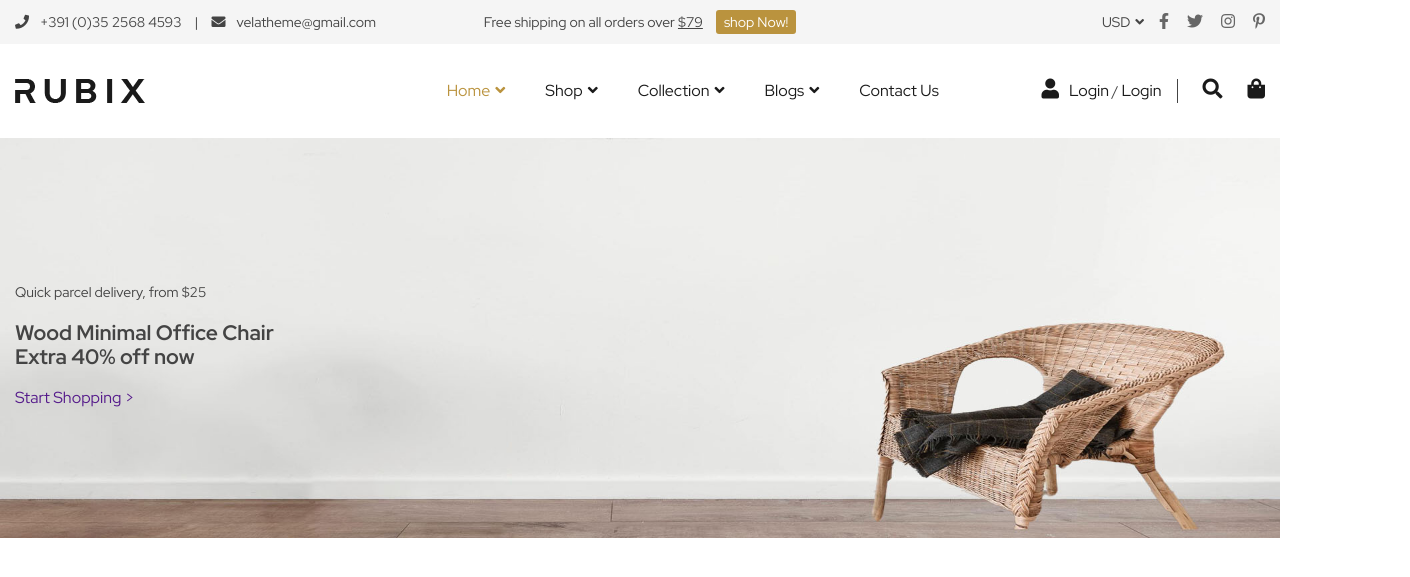
Repository: ldminh95/Gin-velademo
Page: index.html
These files come from the project's save history. The page is drawn as it stood at one moment and after the next save; the edit follows.
The browser window is 1280 px wide. The page is 1410 px wide, so the pictures cover 1410 px, including what lies to the right of the window. The pictures show the whole page.
The style sheet was rebuilt from its Sass, Less or Tailwind sources for each picture, by a compiler version that may differ from the author's.

Above is the page before, as saved 2023-05-28 11:08:20.

### index.html
<!DOCTYPE html>
<html lang="en">
<head>
    <meta charset="UTF-8">
    <meta http-equiv="X-UA-Compatible" content="IE=edge">
    <meta name="viewport" content="width=device-width, initial-scale=1.0">
    <title>velademo-rubix</title>
    <link rel="stylesheet" href="https://cdnjs.cloudflare.com/ajax/libs/font-awesome/5.15.4/css/all.min.css">
    <link rel="stylesheet" type="text/css" href="/css/style.css">
</head>
<body>
    <div class="Overview">
        <div class="headerTop box_flex">
            <div class="headerTop_box-Left col-m3 pd15">
                <i class="fas fa-phone"></i>
                +391 (0)35 2568 4593
                <span class="mr10">|</span>
                <i class="fas fa-envelope"></i>
                velatheme@gmail.com
            </div>
            <div class="headerTop_box-Center col-m3 pd15">
                Free shipping on all orders over <u>$79</u>
                <a href="#" class="bg_primary">shop Now!</a>
            </div>
            <div class="headerTop_box-Right col-m3 box_flex pd15">
                <div class="gin-currency">
                    <div class="gin-currency-title">USD<i class="fas fa-angle-down"></i></div>
                    <div class="gin-currency-dropdown">
                        <div class="currency-item active">USD</div>
                        <div class="currency-item">INR</div>
                        <div class="currency-item">GBP</div>
                        <div class="currency-item">CAD</div>
                        <div class="currency-item">AUD</div>
                        <div class="currency-item">EUR</div>
                        <div class="currency-item">JPY</div>
                    </div>
                </div>
                <div class="gin-link">
                    <a href="#" target="_blank"><i class="fab fa-facebook-f"></i></a>
                    <a href="#" target="_blank"><i class="fab fa-twitter"></i></a>
                    <a href="#" target="_blank"><i class="fab fa-instagram"></i></a>
                    <a href="#" target="_blank"><i class="fab fa-pinterest-p"></i></a>
                </div>
            </div>
        </div>
        <header class="headerMenu">
            <section class="box_flex">
                <div class="header_Left col-m3 pd15">
                    <img src="./images/logo.png" alt="">
                </div>
                <div class="header_Center col-m3 pd15">
                    <div class="gin_menu">
                        <ul class="box_flex">
                            <li class="active">
                                <a href="">Home<i class="fas fa-angle-down"></i></a>
                                <ul class="gin_menu-second">
                                    <li><a href="">Home01</a></li>
                                    <li><a href="">Home02</a></li>
                                    <li><a href="">Home03</a></li>
                                    <li><a href="">Home04</a></li>
                                    <li><a href="">Home05</a></li>
                                    <li><a href="">Home06</a></li>
                                </ul>
                            </li>
                            <li>
                                <a href="">Shop<i class="fas fa-angle-down"></i></a>
                                <ul class="gin_menu-second">
                                    <li><a href="">Home01</a></li>
                                    <li><a href="">Home02</a></li>
                                    <li><a href="">Home03</a></li>
                                    <li><a href="">Home04</a></li>
                                    <li><a href="">Home05</a></li>
                                    <li><a href="">Home06</a></li>
                                </ul>
                            </li>
                            <li>
                                <a href="">Collection<i class="fas fa-angle-down"></i></a>
                                <ul class="gin_menu-second">
                                    <li><a href="">Home01</a></li>
                                    <li><a href="">Home02</a></li>
                                    <li><a href="">Home03</a></li>
                                    <li><a href="">Home04</a></li>
                                    <li><a href="">Home05</a></li>
                                    <li><a href="">Home06</a></li>
                                </ul>
                            </li>
                            <li>
                                <a href="">Blogs<i class="fas fa-angle-down"></i></a>
                                <ul class="gin_menu-second">
                                    <li><a href="">Home01</a></li>
                                    <li><a href="">Home02</a></li>
                                    <li><a href="">Home03</a></li>
                                    <li><a href="">Home04</a></li>
                                    <li><a href="">Home05</a></li>
                                    <li><a href="">Home06</a></li>
                                </ul>
                            </li>
                            <li>
                                <a href="">Contact Us</a>
                                <ul class="gin_menu-second">
                                    <li><a href="">Home01</a></li>
                                    <li><a href="">Home02</a></li>
                                    <li><a href="">Home03</a></li>
                                    <li><a href="">Home04</a></li>
                                    <li><a href="">Home05</a></li>
                                    <li><a href="">Home06</a></li>
                                </ul>
                            </li>
                        </ul>
                    </div>
                </div>
                <div class="header_Right col-m3 pd15 box_flex">
                    <div class="header_Right-account box_flex">
                        <a href=""><i class="fas fa-user"></i></a>
                        <ul>
                            <li><a href="">Login</a></li>
                            <span>/</span>
                            <li><a href="">Login</a></li>
                        </ul>
                    </div>
                    <div class="header_Right-search">
                        <a href=""><i class="fas fa-search"></i></a>
                    </div>
                    <div class="header_Right-cart">
                        <a href=""><i class="fas fa-shopping-bag"></i></a>
                    </div>
                </div>
            </section>
        </header>
        <div class="MainContent">
            <div class="gin_slideshow">
                <div class="slide_item">
                    <div class="slide_item-bg">
                        <img src="./images/index_bg01.jpg" alt="ghế tại ginshop">
                        <div class="wrapper">
                            <div class="slide_item-content">
                                <p>Quick parcel delivery, <span>from $25</span></p>
                                <h2>Wood Minimal Office Chair<br>Extra 40% off now</h2>
                                <a href="">Start Shopping ></a>
                            </div>
                        </div>
                    </div>
                </div>
            </div>
        </div>
    </div>
</body>
</html>

### css/googleFont.css
@import url('https://fonts.googleapis.com/css2?family=Red+Hat+Display:ital,wght@0,300;0,400;0,500;0,600;0,700;0,800;0,900;1,300;1,400;1,500;1,600;1,700;1,800;1,900&display=swap');


:root {
    --f-red-hat: 'Red Hat Display', sans-serif;
}

### css/base.css
:root {
    --gin-font: 14px;
    --color-primary: #ba933e;
    --body-bg: #fff;
    --text-color-primary: #444444;
    --text-color-second: #1a1a1a;
    --text-color-banner: #666666;
    --topbar-bg-color: #f5f5f5;
    --font-icon: 'FontAwesome';
}
body {
    box-sizing: border-box;
    font-family: var(--f-red-hat);
    font-size: var(--gin-font);
    padding: 0;
    margin: 0;
    font-weight: 400;
    line-height: 24px;
    color: var(--text-color-primary);
}
a {
    font-size: calc(var(--gin-font) + 2px);
    text-decoration: none;
}
li {
    list-style-type: none;
}
ul {
    padding: 0;
    margin: 0;
}
img {
    max-width: 100%;
    display: block;
}
.box_flex {
    display: -webkit-flex;
    display: flex;
    align-items: center;
}

.col-m3 {
    width: 33.3333%;
}

/* ================================ */
/* Gin core */
/* ================================ */


/* margin */
.mr10 {
    margin: 0 10px;
}
.pd15 {
    padding: 0 15px;
}

### scss/style.scss
@import "googleFont.css";
@import "base.css";

.Overview {
    margin: 0 auto;
}

.headerTop {
    width: 100%;
    background: var(--topbar-bg-color);
    padding: 10px 0;
    &_box {
        &-Left {
            .fas {
                margin-right: 8px;
            }
        }
        &-Center {
            text-align: center;
            .bg_primary {
                background-color: var(--color-primary);
                color: #fff;
                padding: 0 8px;
                border-radius: 3px;
                margin-left: 10px;
                font-size: var(--gin-font);
                display: inline-block;
                &:hover {
                    background: #947531;
                }
            }
        }
        &-Right {
            justify-content: flex-end;
            .gin {
                &-currency {
                    position: relative;
                    cursor: pointer;
                    &-dropdown {
                        position: absolute;
                        display: none;
                        .currency-item {
                            padding: 5px 0;
                            &.active {
                                color: var(--color-primary);
                            }
                            &:hover {
                                color: var(--color-primary);
                                cursor: pointer;
                            }
                        }
                    }
                    i {
                        margin-left: 5px;
                    }
                    &:hover {
                        .gin-currency-dropdown {
                            display: block;
                            border: 1px solid rgba(0,0,0,0.15);
                            border-radius: 3px;
                            background-color: #fff;
                            padding: 5px 20px;
                            top: 100%;
                            font-size: calc(var(--gin-font) + 2px);
                            right: 0;
                            box-shadow: 0 6px 12px #0000002d;
                        }
                    }
                }
                &-link {
                    a {
                        margin-left: 15px;
                        color: var(--text-color-banner);
                        &:hover {
                            color: var(--color-primary);
                        }
                    }
                }
            }
        }
    }
}

.headerMenu {
    padding: 20px 0;
    .header {
        &_Center {
            li {
                position: relative;
                a {
                    padding: 15px 20px;
                    display: inline-block;
                    width: max-content;
                    color: var(--text-color-second);
                    i {
                        margin-left: 5px;
                    }
                }
                &.active {
                    >a {
                        color: var(--color-primary);
                    }
                }
                ul {
                    position: absolute;
                    min-width: 220px;
                    padding: 15px 25px;
                    display: block;
                    box-shadow: 0 6px 15px #0000001f;
                    z-index: 99;
                    text-align: left;
                    visibility: hidden;
                    margin-top: 50px;
                    transition: all .3s cubic-bezier(0.175, 0.885, 0.32, 1.275);
                    background-color: var(--body-bg);
                    a {
                        padding: 3px 0;
                        font-size: var(--gin-font);
                    }
                }
                &:hover {
                    ul {
                        visibility: visible;
                        margin-top: 0;
                        li {
                            &:hover {
                                a {
                                    color: var(--color-primary);
                                }
                            }
                        }
                    }
                }
            }
        }
        &_Right {
            justify-content: flex-end;
            &-account {
                padding-right: 15px;
                border-right: 1px solid var(--text-color-primary);
            }
            &-search {
                margin-left: 25px;
            }
            &-cart {
                margin-left: 25px;
            }
            i {
                font-size: calc(var(--gin-font) + 6px);
            }
            a {
                color: var(--text-color-second);
                &:hover {
                    color: var(--color-primary);
                }
            }
            li {
                display: inline-block;
            }
            ul {
                margin-left: 10px;
            }
        }
    }
}

.MainContent {
    .slide {
        &_item {
            position: relative;
            .wrapper {
               width: 1410px;
               position: absolute;
               margin: 0 auto;
               top: 0;
               left: 0;
               right: 0;
               bottom: 0;
               height: 100%;
               display: table;
               .slide_item-content {
                    padding: 0 15px;
                    display: table-cell;
                    vertical-align: middle;
               }
            }
        }
    }
}

After the next save:
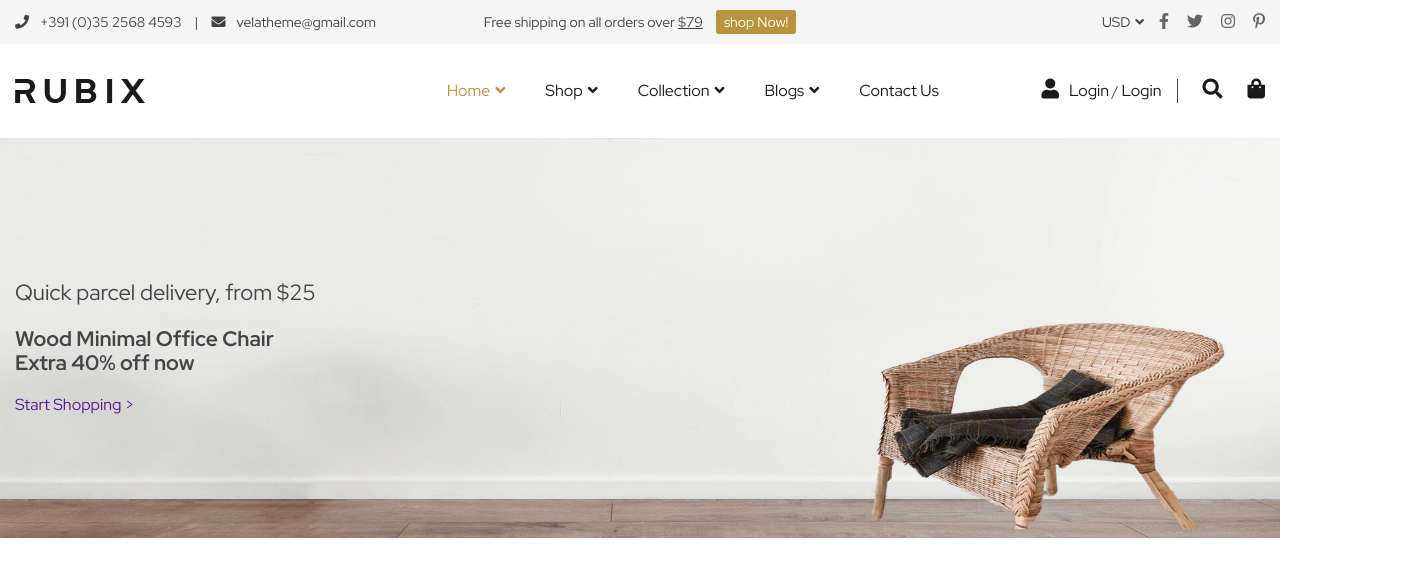
Saved 2 min 57 s later.
--- a/scss/style.scss
+++ b/scss/style.scss
@@ -182,6 +182,9 @@
                     padding: 0 15px;
                     display: table-cell;
                     vertical-align: middle;
+                    p {
+                        font-size: calc(var(--gin-font) + 8px);
+                    }
                }
             }
         }
